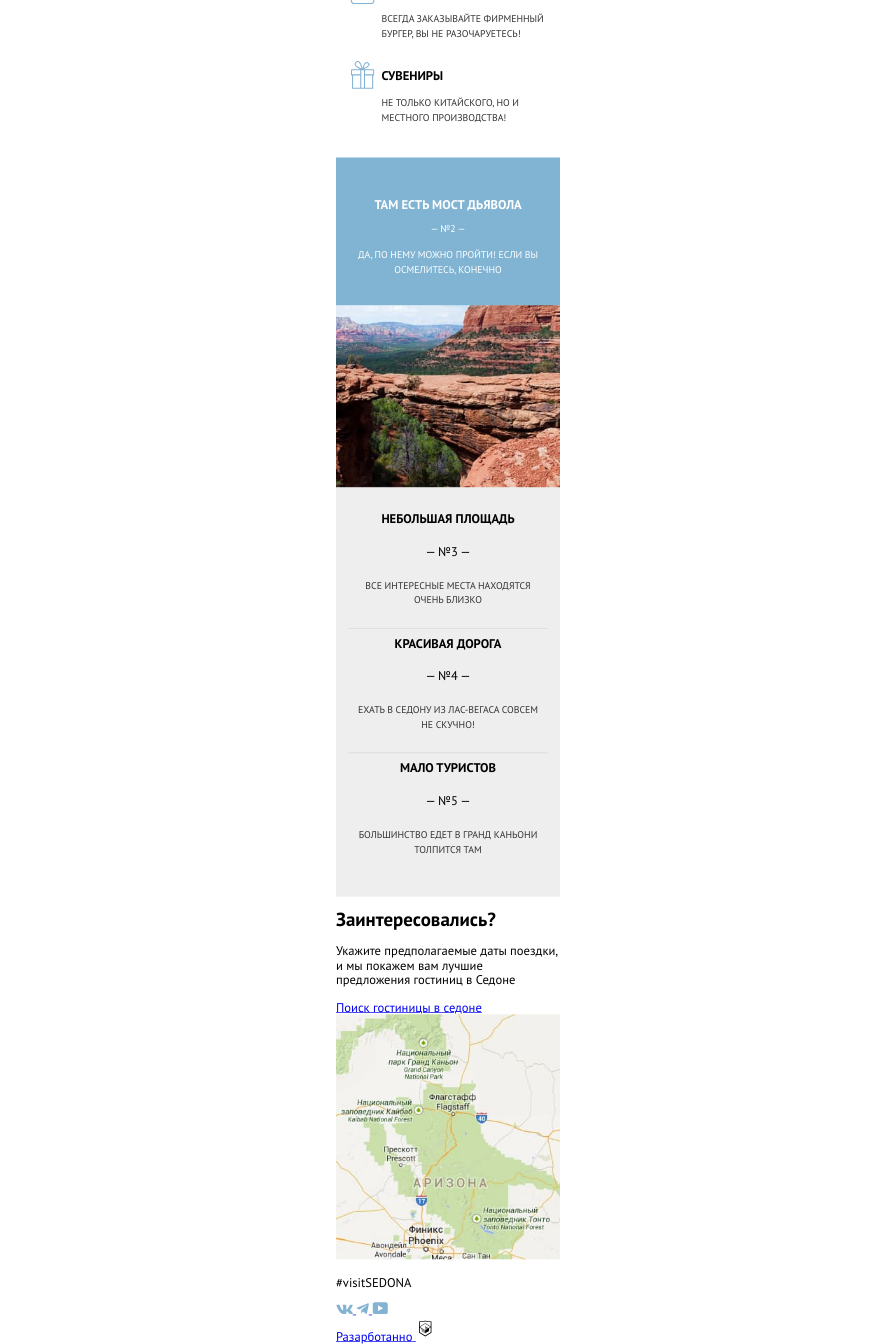
Repository: iKrekus/2149661-sedona-27
Page: source/index.html
These files come from the project's save history. The page is drawn as it stood at one moment and after the next save; the edit follows.
The browser window is 1280 px wide. The pictures show the part of the page from y = 1300 to 3220 px (the page is 3220 px tall before and 3178 px after), at 70% of full size.
The style sheet was rebuilt from its Sass, Less or Tailwind sources for each picture, by a compiler version that may differ from the author's.

Above is the page before, as saved 2022-12-05 12:55:59.

After the next save:
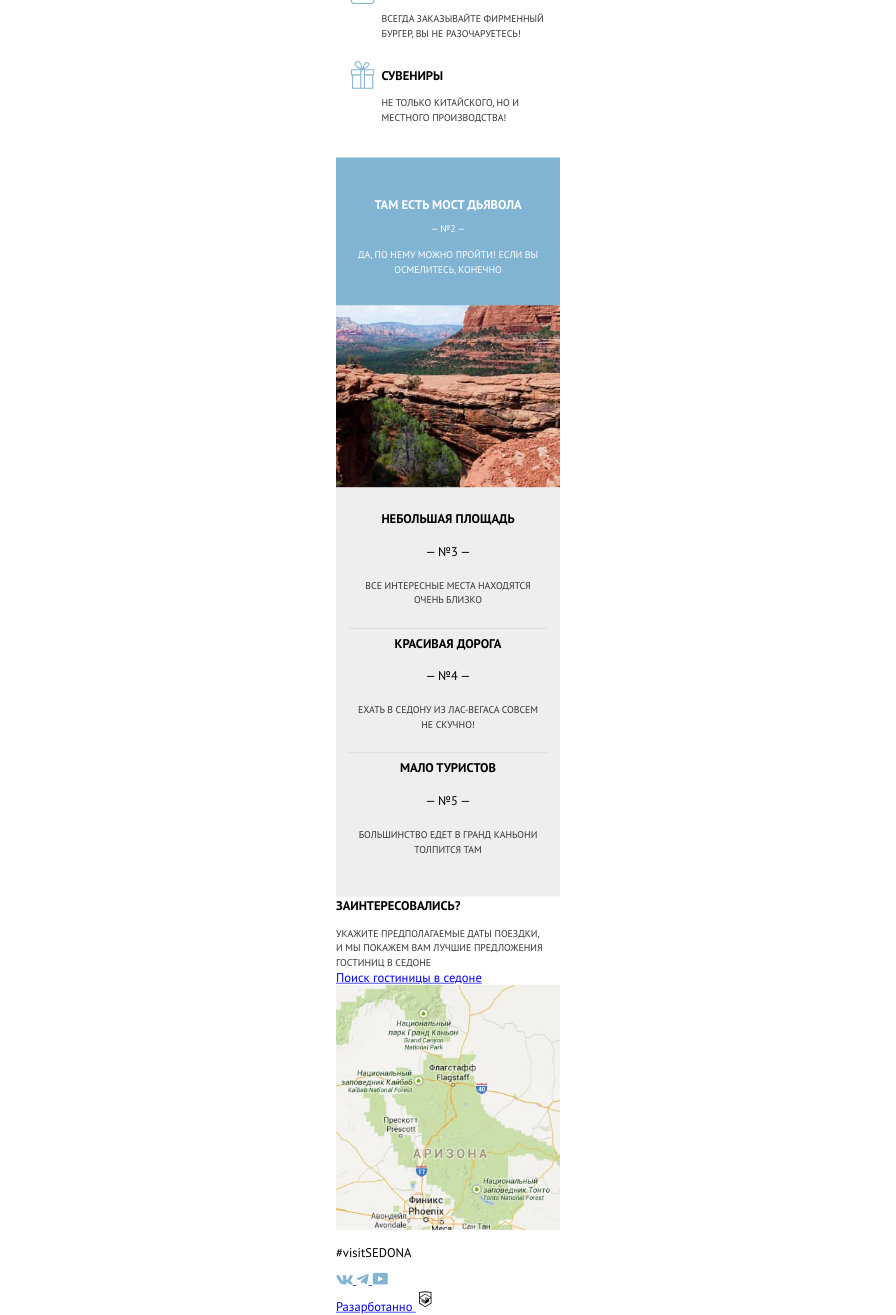
Saved 59 s later.
--- a/source/sass/blocks/body/action-form.scss
+++ b/source/sass/blocks/body/action-form.scss
@@ -4,3 +4,21 @@
 .action-form {
 
 }
+
+.action-form__title {
+  text-transform: uppercase;
+
+
+  @include mixin.font-title-mob;
+  color: var.$primary-text-color;
+  margin: 0;
+}
+
+.action-form__description {
+  padding-top: 16px;
+  text-transform: uppercase;
+
+  @include mixin.font-description-mob;
+  color: var.$secondary-text-color;
+  margin: 0;
+}
